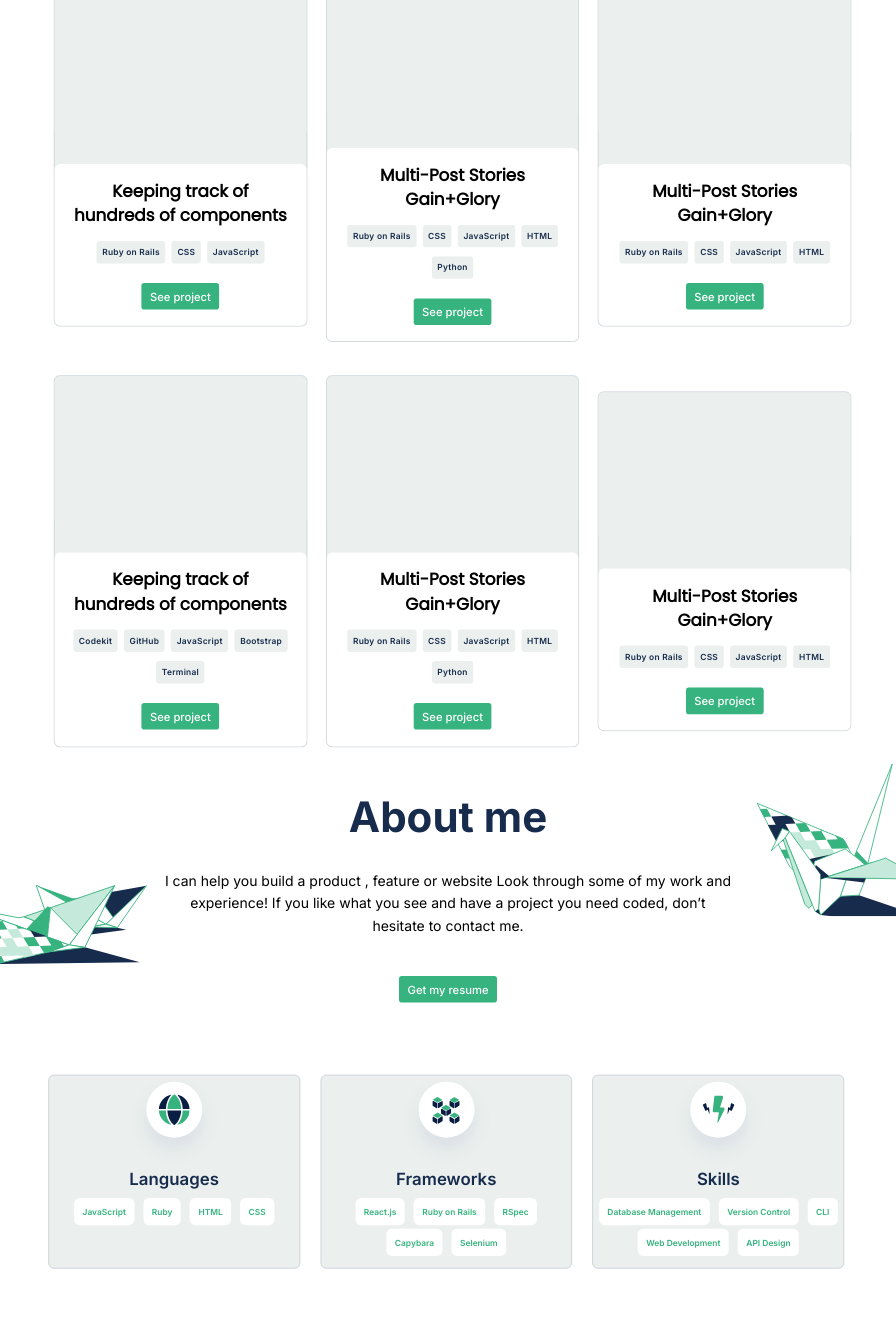
Repository: Salimer/old-Portfolio
Page: index.html
These files come from the project's save history. The page is drawn as it stood at one moment and after the next save; the edit follows.
The browser window is 1280 px wide. The pictures show the part of the page from y = 1265 to 3185 px (the page is 3881 px tall), at 70% of full size.

Above is the page before, as saved 2023-04-12 02:11:38.

### index.html
<!DOCTYPE html>
<html lang="en">
<head>
    <meta charset="UTF-8">
    <meta http-equiv="X-UA-Compatible" content="IE=edge">
    <meta name="viewport" content="width=device-width, initial-scale=1.0">
    <link rel="stylesheet" type="text/css" href="style.css">
    <link href="https://fonts.googleapis.com/css2?family=Inter:wght@400;500;600;700&display=swap" rel="stylesheet">
    <link href="https://fonts.googleapis.com/css2?family=Poppins&display=swap" rel="stylesheet">
    <title>Salim's portfolio</title>
</head>

<body>
    <header class="header">
        <img id="logo" src="murple_logo.png" alt="Page logo">
        <nav>
            <img id="nav" class="Normal-Button" src="Assets/nav.svg" alt="Navigation button">
            <ul class="header-nav">
                <li><a href="#">Portfolio</a></li>
                <li><a href="#">About</a></li>
                <li><a href="#">Contact</a></li>
            </ul>
        </nav>

        <div class="mobile-menu">
            <ul>
                <li><a href="#"><img id="x" src="Assets/x.svg"></a></li>
                <li><a href="#portfolio">Portfolio</a></li>
                <li><a href="#about">About</a></li>
                <li><a href="#contact">Contact</a></li>
            </ul>
        </div>

    </header>

    <main>
        <section class="headline">
            <h1 class="Primary">
                <span class="color4">Hey there, I'm Salim.<br></span>
                <span class="color1">I'm a software developer</span>
            </h1>
            <p class="color4 Supporting-Text">
                I can help you build a product , feature or website Look through some of my work and experience! If you like what you see and have a project you need coded,
                don't hesitate to contact me.
            </p>
            <ul class="social-media-icons">
                <li><a href="https://twitter.com/SaLiM355173"><img src="Assets/twitter.svg" alt="Twitter"></a></li>
                <li><a href="https://www.linkedin.com/in/salim-bamahfoodh-707b74200/"><img src="Assets/Linkedin icon.svg" alt="LinkedIn"></a></li>
                <li><a href="#"><img src="Assets/medium.svg" alt="medium"></a></li>
                <li><a href="https://github.com/Salimer"><img src="Assets/github.svg" alt="GitHub"></a></li>
                <li><a href="#"><img src="Assets/angellist.svg" alt="Angellist"></a></li>
            </ul>
            <ul class="social-media-icons-desktop">
                <li><a href="https://github.com/Salimer"><img src="Assets/github.svg" alt="GitHub"></a></li>
                <li><a href="https://www.linkedin.com/in/salim-bamahfoodh-707b74200/"><img src="Assets/Linkedin icon.svg" alt="LinkedIn"></a></li>
                <li><a href="#"><img src="Assets/angellist.svg" alt="Angellist"></a></li>
                <li><a href="https://twitter.com/SaLiM355173"><img src="Assets/twitter.svg" alt="Twitter"></a></li>
                <li><a href="#"><img src="Assets/medium.svg" alt="medium"></a></li>
            </ul>
            <div class="bottom-arrow">
                <img src="Assets/bottom arrow.svg" alt="bottom-arrow" width="40px" height="40px">
            </div>
            <div class="space"></div>
        </section>

        <section id="portfolio" class="works">
            <div class="works-title">
                <h2 class="color4">My Recent<br>works</h2>
            </div>
            <div class="works-indicator">
                <img src="Assets/Indicator.svg" width="48px" height="4px">
            </div>
        </section>

        <section id="about" class="About-me">
            <div class="works-title">
                <h2 class="color4">About me</h2>
            </div>
            <div class="about-me-supporting-Text">
                I can help you build a product , feature or website Look through some of my work and experience! If you like what you see and have a project you need coded,
                don’t hesitate to contact me.
            </div>
            <div class="about-me-button">
                <button class="green-button">Get my resume</button>
            </div>
            <div class="space"></div>
        </section>

        <section class="Languages-Frameworks-skills">
            <div class="skill-card skills-one">
                <div class="image">
                    <img class="skill-image" src="Assets/Languages.svg" alt="languages">
                </div>
                <div class="skill-card-title ">
                    <span class="color4">Languages</span>
                </div>
                <div>
                    <ul class="skill-technologies">
                        <li class="skill-button">JavaScript</li>
                        <li class="skill-button">Ruby</li>
                        <li class="skill-button">HTML</li>
                        <li class="skill-button">CSS</li>
                    </ul>
                </div>
            </div>
            <div class="skill-card skills-two">
                <div class="image">
                    <img class="skill-image" src="Assets/Frameworks.svg" alt="Frameworks">
                </div>
                <div class="skill-card-title color4">
                    <span class="color4">Frameworks</span>
                </div>
                <div>
                    <ul class="skill-technologies">
                        <li class="skill-button">React.js</li>
                        <li class="skill-button">Ruby on Rails</li>
                        <li class="skill-button">RSpec</li>
                        <li class="skill-button">Capybara</li>
                        <li class="skill-button">Selenium</li>
                    </ul>
                </div>
            </div>
            <div class="skill-card skills-three">
                <div class="image">
                    <img class="skill-image" src="Assets/Skills.svg" alt="Skills">
                </div>
                <div class="skill-card-title">
                    <span class="color4">Skills</span>
                </div>
                <div>
                    <ul class="skill-technologies">
                        <li class="skill-button">Database Management</li>
                        <li class="skill-button">Version Control</li>
                        <li class="skill-button">CLI</li>
                        <li class="skill-button">Web Development</li>
                        <li class="skill-button">API Design</li>
                    </ul>
                </div>
            </div>
        </section>

        <div class="space"></div>

        <section id="contact" class="contact-me">
            <div class="contact-header">
                <span class="contact-me-title color4">
                    I'm always interested in hearing about new projects, so if you'd like to chat please get in touch.
                </span>
            </div>
            <div class="form">
                <form action="https://formspree.io/f/myyangkd" method="POST">
                    <ul>
                        <li class="full-name">
                            <label for="name" hidden>Full name</label>
                            <input type="text" maxlength="30" id="name" name="user_name" placeholder="Full name" required />
                        </li>
                        <li class="first-last-name">
                            <label for="first-name" hidden>First name</label>
                            <input type="text" maxlength="30" id="first-name" name="user_name" placeholder="First Name" required />
                            <label for="last-name" hidden>Last name</label>
                            <input type="text" maxlength="30" id="last-name" name="user_name" placeholder="Last Name" required />
                        </li>
                        </li>
                        <li>
                            <label for="mail" hidden>Email address</label>
                            <input type="email" id="mail" name="user_email" placeholder="Email address" required />
                        </li>
                        <li>
                            <label for="msg" hidden>Message area</label>
                            <textarea id="msg" maxlength="500" name="user_message" placeholder="Hey I'd like to connect to..." ></textarea>
                        </li>
                        <li class="contact-me-button-li">
                            <label for="get-in-touch-button" hidden>Get in touch button</label>
                            <button id="get-in-touch-button" class="contact-me-button bg-color1" type="submit">Get in touch</button>
                        </li>
                    </ul>
                </form>
                <p class="email color4">s.bamahfoodh@gmail.com</p>
            </div>
        </section>
    </main>
    <footer>
        <ul class="social-media-icons">
            <li><a href="https://twitter.com/SaLiM355173"><img src="Assets/twitter.svg" alt="Twitter"></a></li>
            <li><a href="https://www.linkedin.com/in/salim-bamahfoodh-707b74200/"><img src="Assets/Linkedin icon.svg" alt="LinkedIn"></a></li>
            <li><a href="#"><img src="Assets/medium.svg" alt="medium"></a></li>
            <li><a href="https://github.com/Salimer"><img src="Assets/github.svg" alt="GitHub"></a></li>
            <li><a href="#"><img src="Assets/angellist.svg" alt="Angellist"></a></li>
        </ul>
        <ul class="social-media-icons-desktop">
            <li><a href="https://github.com/Salimer"><img src="Assets/github.svg" alt="GitHub"></a></li>
            <li><a href="https://www.linkedin.com/in/salim-bamahfoodh-707b74200/"><img src="Assets/Linkedin icon.svg" alt="LinkedIn"></a></li>
            <li><a href="#"><img src="Assets/angellist.svg" alt="Angellist"></a></li>
            <li><a href="https://twitter.com/SaLiM355173"><img src="Assets/twitter.svg" alt="Twitter"></a></li>
            <li><a href="#"><img src="Assets/medium.svg" alt="medium"></a></li>
        </ul>
        <img id="black-line" src="Assets/blackLine.svg">
    </footer>
    <div class="detail-popup hide">
        <div class="popup-container">
            <div class="detail-item0">
                <img id="detail-popup-x-desktop" src="Assets/detail-x-desktop.svg" alt="close-icon">
             </div>
            <div class="detail-item1">
                <img id="detail-popup-x" src="Assets/detail-x.svg" alt="close-icon">
             </div>
            <div class="detail-item2">

            </div>
            <div class="detail-item3">
                <ul class="technologies">

                </ul>
            </div>
            <div class="detail-item4">

            </div>
            <div class="detail-item5">
                <ul>
                    <li>
                        <button class="green-button" type="submit">See live <img src="Assets/seelive.svg" alt="see live icon"></button>
                    </li>
                    <li>
                        <button class="green-button" type="submit">See source <img src="Assets/seesource.svg" alt="see source icon"></button>
                    </li>
                </ul>
            </div>
        </div>
    </div>
    <script src="script.js"></script>
    <script src="chatgpt.js"></script>
    <script src="worksSectionRefactor.js"></script>
    <script src="seeProjectPopup.js"></script>
</body>
</html>

### chatgpt.js
const projects = [
    {
      featuredImage: "Assets/detailTop.svg",
      name: "Keeping track of<br>hundreds of components",
      technologies: ['Ruby on Rails', 'CSS', 'JavaScript'],
      description: "Lorem Ipsum is simply dummy text of the printing and typesetting industry. Lorem Ipsum has been the industry's standard dummy text ever since the 1500s, when an unknown printer took a galley of type and scrambled it 1960s.<br><br>Lorem Ipsum is simply dummy text of the printing and typesetting industry. Lorem Ipsum has been the industry's standard dummy text ever since the 1500s, when an unknown printer took a galley of type and scrambled it 1960s.",
      linkToLiveVersion: "https://youtu.be/dQw4w9WgXcQ",
      linkToSource: "https://youtu.be/dQw4w9WgXcQ"
    },
    {
        featuredImage: "Assets/detailTop.svg",
        name: "Multi-Post Stories<br>Gain+Glory",
        technologies: ['Ruby on Rails', 'CSS', 'JavaScript', 'HTML', 'Python'],
        description: "Lorem Ipsum is simply dummy text of the printing and typesetting industry. Lorem Ipsum has been the industry's standard dummy text ever since the 1500s, when an unknown printer took a galley of type and scrambled it 1960s.<br><br>Lorem Ipsum is simply dummy text of the printing and typesetting industry. Lorem Ipsum has been the industry's standard dummy text ever since the 1500s, when an unknown printer took a galley of type and scrambled it 1960s.",
        linkToLiveVersion: "https://youtu.be/dQw4w9WgXcQ",
        linkToSource: "https://youtu.be/dQw4w9WgXcQ"
      },
      {
        featuredImage: "Assets/detailTop.svg",
        name: "Multi-Post Stories<br>Gain+Glory",
        technologies: ['Ruby on Rails', 'CSS', 'JavaScript', 'HTML'],
        description: "Lorem Ipsum is simply dummy text of the printing and typesetting industry. Lorem Ipsum has been the industry's standard dummy text ever since the 1500s, when an unknown printer took a galley of type and scrambled it 1960s.<br><br>Lorem Ipsum is simply dummy text of the printing and typesetting industry. Lorem Ipsum has been the industry's standard dummy text ever since the 1500s, when an unknown printer took a galley of type and scrambled it 1960s.",
        linkToLiveVersion: "https://youtu.be/dQw4w9WgXcQ",
        linkToSource: "https://youtu.be/dQw4w9WgXcQ"
      },
      {
        featuredImage: "Assets/detailTop.svg",
        name: "Keeping track of<br>hundreds of components",
        technologies: ['Codekit', 'GitHub', 'JavaScript', 'Bootstrap', 'Terminal'],
        description: "Lorem Ipsum is simply dummy text of the printing and typesetting industry. Lorem Ipsum has been the industry's standard dummy text ever since the 1500s, when an unknown printer took a galley of type and scrambled it 1960s.<br><br>Lorem Ipsum is simply dummy text of the printing and typesetting industry. Lorem Ipsum has been the industry's standard dummy text ever since the 1500s, when an unknown printer took a galley of type and scrambled it 1960s.",
        linkToLiveVersion: "https://youtu.be/dQw4w9WgXcQ",
        linkToSource: "https://youtu.be/dQw4w9WgXcQ"
      },
      {
          featuredImage: "Assets/detailTop.svg",
          name: "Multi-Post Stories<br>Gain+Glory",
          technologies: ['Ruby on Rails', 'CSS', 'JavaScript', 'HTML', 'Python'],
          description: "Lorem Ipsum is simply dummy text of the printing and typesetting industry. Lorem Ipsum has been the industry's standard dummy text ever since the 1500s, when an unknown printer took a galley of type and scrambled it 1960s.<br><br>Lorem Ipsum is simply dummy text of the printing and typesetting industry. Lorem Ipsum has been the industry's standard dummy text ever since the 1500s, when an unknown printer took a galley of type and scrambled it 1960s.",
          linkToLiveVersion: "https://youtu.be/dQw4w9WgXcQ",
          linkToSource: "https://youtu.be/dQw4w9WgXcQ"
        },
        {
          featuredImage: "Assets/detailTop.svg",
          name: "Multi-Post Stories<br>Gain+Glory",
          technologies: ['Ruby on Rails', 'CSS', 'JavaScript', 'HTML'],
          description: "Lorem Ipsum is simply dummy text of the printing and typesetting industry. Lorem Ipsum has been the industry's standard dummy text ever since the 1500s, when an unknown printer took a galley of type and scrambled it 1960s.<br><br>Lorem Ipsum is simply dummy text of the printing and typesetting industry. Lorem Ipsum has been the industry's standard dummy text ever since the 1500s, when an unknown printer took a galley of type and scrambled it 1960s.",
          linkToLiveVersion: "https://youtu.be/dQw4w9WgXcQ",
          linkToSource: "https://youtu.be/dQw4w9WgXcQ"
        }
  ];

// Define an array of class names for the container elements
const classNames = ['works-one', 'works-two', 'works-three', 'works-four', 'works-five', 'works-six'/* add more as needed */];

let count = 0;
// Iterate over the array using forEach
projects.forEach((project) => {
  // Create the container element with the current class name
  const container = document.createElement('div');
  container.classList.add('grid-container', classNames[count]);

  // Create the card top half element and append to the container
  const cardTopHalf = document.createElement('div');
  cardTopHalf.classList.add('card-top-half');
  container.appendChild(cardTopHalf);

  // Create the card bottom half element and append to the container
  const cardBottomHalf = document.createElement('div');
  cardBottomHalf.classList.add('card-bottom-half');
  container.appendChild(cardBottomHalf);

  // Create the card title span element and append to the card bottom half
  const cardTitle = document.createElement('span');
  cardTitle.classList.add('card-title');
  cardTitle.innerHTML = project.name;
  cardBottomHalf.appendChild(cardTitle);

  // Create the technologies ul element and append to the card bottom half
  const technologies = document.createElement('ul');
  technologies.classList.add('work-technologies');
  cardBottomHalf.appendChild(technologies);

  // Create the technologies list items and append to the technologies ul element
  project.technologies.forEach((item) => {
    const technology = document.createElement('li');
    technology.classList.add('grey-button');
    technology.innerHTML = item;
    technologies.appendChild(technology);
  });

  // Create the see project button element and append to the card bottom half
  const seeProjectButton = document.createElement('button');
  seeProjectButton.classList.add('see-project', 'green-button');
  seeProjectButton.innerHTML = 'See project';
  cardBottomHalf.appendChild(seeProjectButton);

  // Append the container element to the div with class "works"
  const works = document.querySelector('.works');
  works.appendChild(container);
  count++;
});

Loaded but not shown: worksSectionRefactor.js (44 lines, source omitted); seeProjectPopup.js (54 lines, source omitted); script.js (13 lines, source omitted); style.css (1106 lines, source omitted)

After the next save:
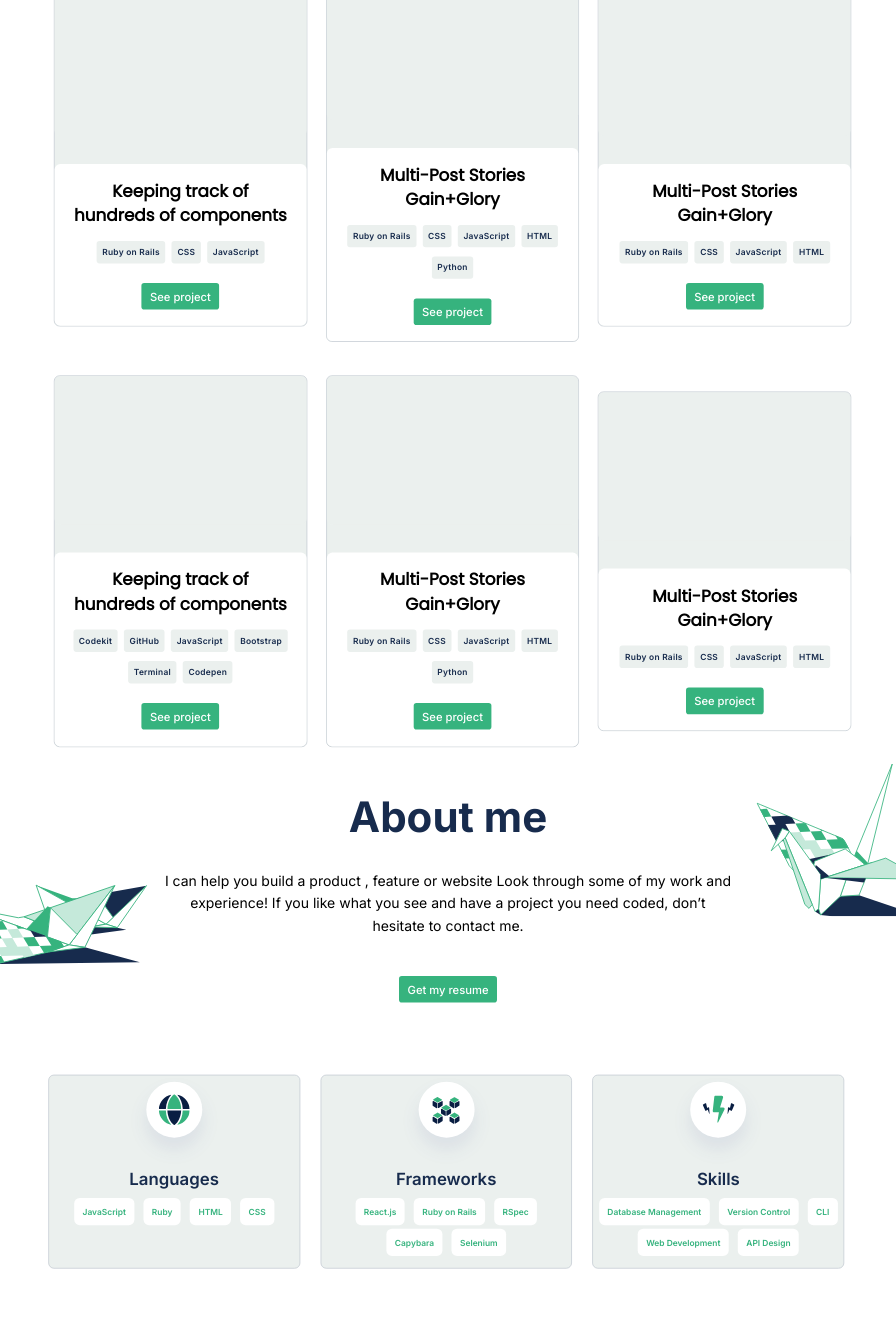
Saved 5 s later.
--- a/chatgpt.js
+++ b/chatgpt.js
@@ -26,7 +26,7 @@ const projects = [
       {
         featuredImage: "Assets/detailTop.svg",
         name: "Keeping track of<br>hundreds of components",
-        technologies: ['Codekit', 'GitHub', 'JavaScript', 'Bootstrap', 'Terminal'],
+        technologies: ['Codekit', 'GitHub', 'JavaScript', 'Bootstrap', 'Terminal', 'Codepen'],
         description: "Lorem Ipsum is simply dummy text of the printing and typesetting industry. Lorem Ipsum has been the industry's standard dummy text ever since the 1500s, when an unknown printer took a galley of type and scrambled it 1960s.<br><br>Lorem Ipsum is simply dummy text of the printing and typesetting industry. Lorem Ipsum has been the industry's standard dummy text ever since the 1500s, when an unknown printer took a galley of type and scrambled it 1960s.",
         linkToLiveVersion: "https://youtu.be/dQw4w9WgXcQ",
         linkToSource: "https://youtu.be/dQw4w9WgXcQ"
